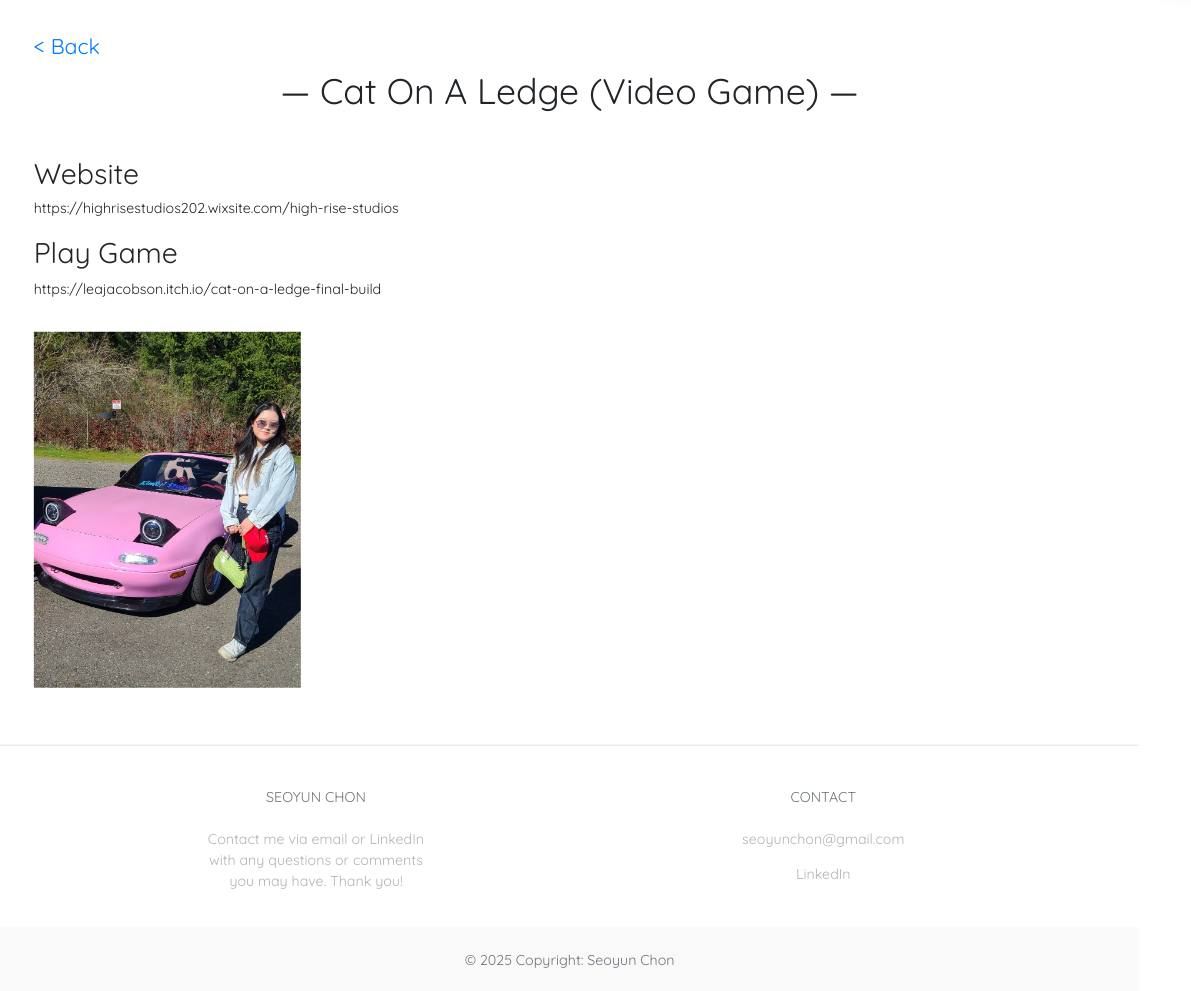
Repository: schon02/seoyun-chon-portfolio
Page: projects_catonaledge_page.html
These files come from the project's save history. The page is drawn as it stood at one moment and after the next save; the edit follows.
The browser window is 1280 px wide. The page is 1338 px wide, so the pictures cover 1338 px, including what lies to the right of the window. The pictures show the part of the page from y = 720 to 1834 px (the page is 1834 px tall), at 89% of full size.

Above is the page before, as saved 2025-01-31 17:16:05.

After the next save:
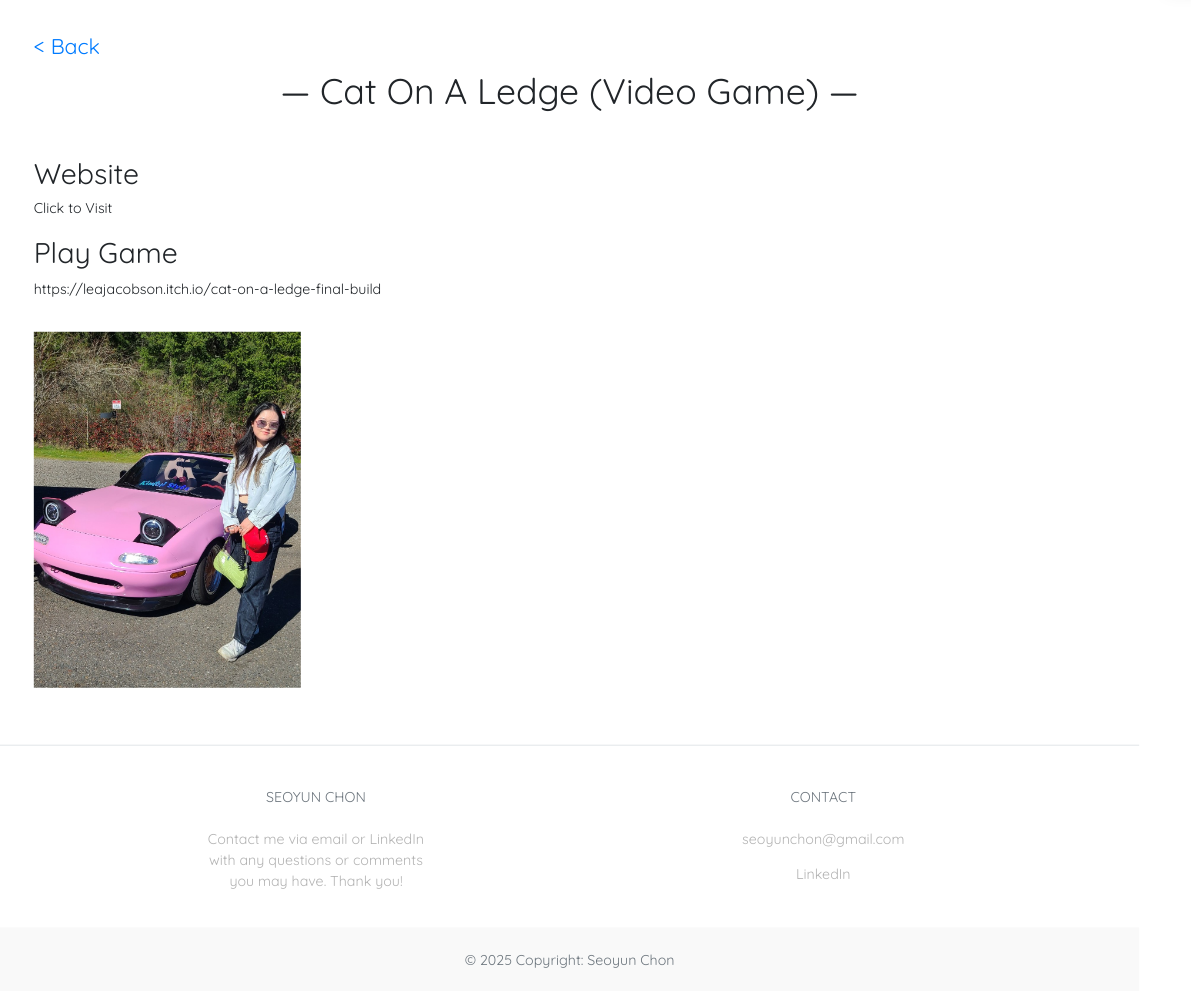
Saved 79 s later.
--- a/projects_catonaledge_page.html
+++ b/projects_catonaledge_page.html
@@ -130,7 +130,7 @@
 
         <div class="text-left" style="padding-top: 0.1cm; padding-left: 1cm;">
           <h2 style="padding-top: 1cm;">Website</h2>
-          <a href="https://highrisestudios202.wixsite.com/high-rise-studios" class="text-reset"> https://highrisestudios202.wixsite.com/high-rise-studios </a>
+          <a href="https://highrisestudios202.wixsite.com/high-rise-studios" class="text-reset"> Click to Visit </a>
           <h2 style="padding-top: 0.5cm;">Play Game</h2>
           <a href="https://leajacobson.itch.io/cat-on-a-ledge-final-build" class="text-reset"> https://leajacobson.itch.io/cat-on-a-ledge-final-build </a>
           <p><img src="images/pink_miata.JPEG"
